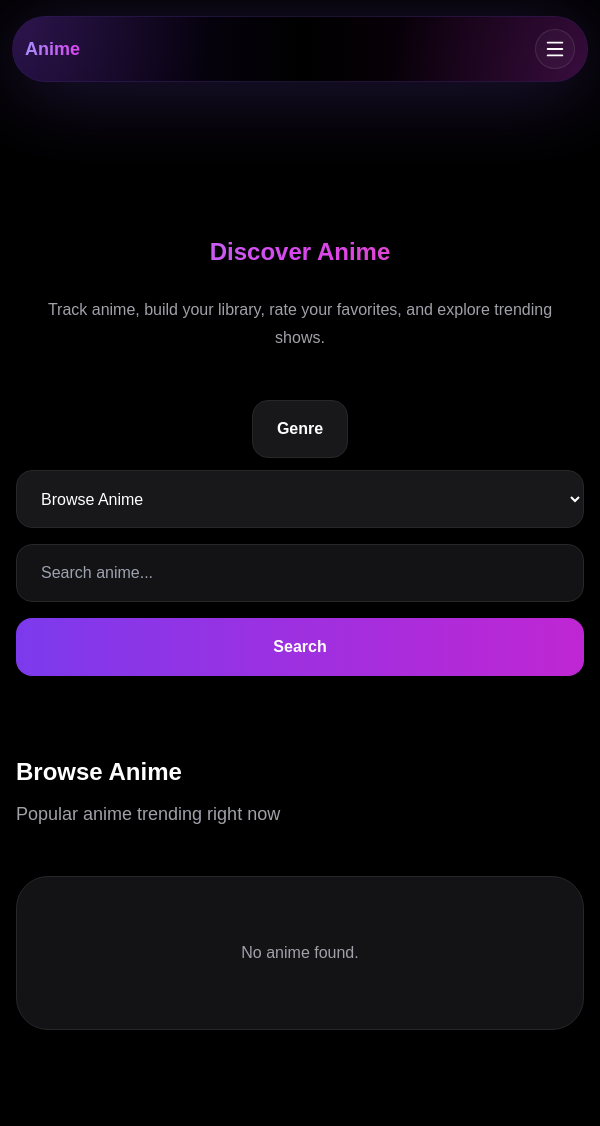
Repository: Maykal-Projects/Otakuflow
Page: /
These files come from the project's save history. The page is drawn as it stood at one moment and after the next save; the edit follows.
The browser window is 600 px wide. The pictures show the whole page.
The page's requests for data from a server got no answer. The project was rebuilt for these pictures with package versions that can differ from the ones it lists, and the page was loaded fresh each time. The framework's server and built-in components were replaced by stand-ins that run in the browser. No one was signed in, and anything a server would have sent is missing. Also part of the build but not shown: next.config.ts, components/AnimeCard.tsx.

Above is the page before, as saved 2026-05-30 21:10:36.

### app/layout.tsx
import "./globals.css";

import type { Metadata } from "next";

import { Toaster } from "react-hot-toast";

export const metadata = {

  title: "Otakuflorist",

  applicationName:
    "Otakuflorist",

  description:
    "Track anime, build your library and discover trending shows.",

};

export const viewport = {
  themeColor: "#07010f",
  colorScheme: "dark",
  viewportFit: "cover",
};

export default function RootLayout({
  children,
}: Readonly<{
  children: React.ReactNode;
}>) {
  return (
    <html
  lang="en"
  suppressHydrationWarning
>
      <body className="bg-[#07010f]">
        {children}

        <Toaster
  position="top-center"
  toastOptions={{
    duration: 2500,

    style: {
      background:
        "rgba(15,15,20,0.95)",

      color: "#fff",

      border:
        "1px solid rgba(255,255,255,0.08)",

      borderRadius:
        "22px",

      padding:
        "18px 22px",

      backdropFilter:
        "blur(18px)",

      fontWeight:
        "800",

      boxShadow:
        "0 10px 60px rgba(0,0,0,0.5)",
    },

    success: {
      iconTheme: {
        primary:
          "#a855f7",
        secondary:
          "#fff",
      },
    },
  }}
/>
      </body>
    </html>
  );
}

### app/globals.css
@tailwind base;
@tailwind components;
@tailwind utilities;

html,
body {
  background: #07010f !important;
  color: white;
  font-family: Arial, Helvetica, sans-serif;
  min-height: 100%;
  width: 100%;
  overflow-x: hidden;
  overflow-y: auto;
}

body {
  position: relative;
}

@keyframes spinSlow {
  from {
    transform: rotate(0deg);
  }

  to {
    transform: rotate(360deg);
  }
}

.animate-spin-slow {
  animation: spinSlow 8s linear infinite;
}

### components/Navbar.tsx
"use client";

import Link from "next/link";

import {
  Menu,
  X,
} from "lucide-react";

import {
  usePathname,
} from "next/navigation";

import {
  useEffect,
  useState,
} from "react";

import { supabase }
from "@/lib/supabase";

export default function Navbar() {

  const pathname =
    usePathname();

  const [user, setUser] =
    useState<any>(null);

  const [
    mobileMenu,
    setMobileMenu,
  ] = useState(false);

  useEffect(() => {

    async function getUser() {

      const {
        data: { user },
      } =
        await supabase.auth.getUser();

      setUser(user);
    }

    getUser();

  }, []);

  async function logout() {

    await supabase.auth.signOut();

    window.location.href =
      "/login";
  }

  function navClass(
    path: string
  ) {

    const active =
      pathname === path;

    return `px-4 py-3 rounded-2xl transition font-semibold text-sm ${
      active
        ? "bg-violet-500/10 border border-violet-500 text-white shadow-[0_0_25px_rgba(139,92,246,0.35)]"
        : "bg-white/[0.03] border border-white/10 backdrop-blur-2xl hover:bg-white/[0.06]"
    }`;
  }

  return (

    <div className="absolute top-4 left-1/2 -translate-x-1/2 z-50 w-[96%] max-w-[1500 px]">

      <nav className="w-full overflow-visible rounded-[999px] border border-violet-500/20 bg-gradient-to-r from-violet-950/40 via-black/30 to-fuchsia-950/30 backdrop-blur-3xl shadow-[0_10px_80px_rgba(139,92,246,0.25)] relative">

        {/* GLOW */}
        <div className="absolute inset-0 rounded-full overflow-hidden pointer-events-none bg-[radial-gradient(circle_at_top_left,rgba(168,85,247,0.18),transparent_35%),radial-gradient(circle_at_bottom_right,rgba(217,70,239,0.18),transparent_35%)]" />

        <div className="relative z-50 px-3 sm:px-6 py-3 sm:py-4 overflow-visible">

          {/* DESKTOP */}
          <div className="hidden sm:flex items-center justify-between pointer-events-auto">

            {/* LEFT */}
            <div className="flex items-center gap-3">

              <Link
                href="/"
                className={navClass("/")}
              >
                Home
              </Link>

              <Link
                href="/library"
                className={navClass("/library")}
              >
                Library
              </Link>

              <Link
                href="/favorites"
                className={navClass("/favorites")}
              >
                Favorites
              </Link>

            </div>

            {/* RIGHT */}
            <div className="flex items-center gap-3">

              {user && (

                <Link
                  href="/profile"
                  className={`${navClass(
                    "/profile"
                  )} flex items-center gap-2`}
                >

                  <img
                    src={
                      user.user_metadata
                        ?.avatar_url ||
                      "/default-avatar.png"
                    }
                    alt=""
                    className="w-10 h-10  object-cover border border-violet-500/20"
                  />

                  <span>
                    Profile
                  </span>

                </Link>

              )}

              {user ? (

                <button
                  onClick={logout}
                  className="bg-red-500/10 hover:bg-red-500/20 border border-red-500/20 px-6 py-3 rounded-2xl font-semibold transition"
                >
                  Logout
                </button>

              ) : (

                <Link
                  href="/login"
                  className="bg-violet-500/10 hover:bg-violet-500/20 border border-violet-500/20 px-6 py-3 rounded-2xl font-semibold transition"
                >
                  Login
                </Link>

              )}

            </div>

          </div>

          {/* MOBILE */}
          <div className="sm:hidden relative z-[999999] pointer-events-auto">

            {/* TOP BAR */}
            <div className="flex items-center justify-between">

              <h1 className="text-lg font-black bg-gradient-to-r from-violet-400 to-fuchsia-500 bg-clip-text text-transparent">
                Anime
              </h1>


     <button
  type="button"
  onClick={() => {

    console.log("CLICK");

    setMobileMenu(
      !mobileMenu
    );
  }}
  className="p-2 rounded-full border border-white/10 bg-white/[0.03] active:scale-95 transition"
>

                {mobileMenu ? (
                  <X size={22} />
                ) : (
                  <Menu size={22} />
                )}

              </button>

            </div>

            {/* DROPDOWN */}
            {mobileMenu && (

              <div className="absolute top-[115%] left-0 right-0 flex flex-col gap-2 rounded-2xl border border-white/10 bg-black/95 backdrop-blur-3xl p-3 shadow-[0_20px_80px_rgba(0,0,0,0.55)]">

                <Link
                  href="/"
                  className={navClass("/")}
                >
                  Home
                </Link>

                <Link
                  href="/library"
                  className={navClass("/library")}
                >
                  Library
                </Link>

                <Link
                  href="/favorites"
                  className={navClass("/favorites")}
                >
                  Favorites
                </Link>

                {user && (

                  <Link
                    href="/profile"
                    className={`${navClass(
                      "/profile"
                    )} flex items-center gap-2`}
                  >

                    <img
                      src={
                        user.user_metadata
                          ?.avatar_url ||
                        "/default-avatar.png"
                      }
                      alt=""
                      className="w-10 h-10 rounded-full object-cover border border-violet-500/20"
                    />

                    <span>
                      Profile
                    </span>

                  </Link>

                )}

                {user ? (

                  <button
                    onClick={logout}
                    className="bg-red-500/10 hover:bg-red-500/20 border border-red-500/20 px-4 py-3 rounded-xl font-semibold transition text-left"
                  >
                    Logout
                  </button>

                ) : (

                  <Link
                    href="/login"
                    className="bg-violet-500/10 hover:bg-violet-500/20 border border-violet-500/20 px-4 py-3 rounded-xl font-semibold transition"
                  >
                    Login
                  </Link>

                )}

              </div>

            )}

          </div>

        </div>

      </nav>

    </div>
  );
}

### lib/anilist.ts
export async function searchAnime(
  search: string,
  genre?: string
) {
  try {
    const response = await fetch(
      `https://api.jikan.moe/v4/anime?q=${search}`
    );

    const json =
      await response.json();

    let anime =
      json.data || [];

    if (genre) {
      anime = anime.filter(
        (item: any) =>
          item.genres?.some(
            (g: any) =>
              g.name === genre
          )
      );
    }

    return anime;
  } catch (error) {
    console.error(error);

    return [];
  }
}

export async function getAnimeFeed(
  sortType: string,
  genre?: string
) {
  try {
    let endpoint =
      "https://api.jikan.moe/v4/seasons/now";

    // TOP RATED
    if (
      sortType ===
      "SCORE_DESC"
    ) {
      endpoint =
        "https://api.jikan.moe/v4/top/anime";
    }

    const response = await fetch(
      endpoint
    );

    const json =
      await response.json();

    let anime =
      json.data || [];

    if (genre) {
      anime = anime.filter(
        (item: any) =>
          item.genres?.some(
            (g: any) =>
              g.name === genre
          )
      );
    }

    return anime;
  } catch (error) {
    console.error(error);

    return [];
  }
}

### lib/supabase.ts
import { createClient } from "@supabase/supabase-js";

const supabaseUrl =
  process.env.NEXT_PUBLIC_SUPABASE_URL || "";

const supabaseAnonKey =
  process.env.NEXT_PUBLIC_SUPABASE_ANON_KEY || "";

export const supabase = createClient(
  supabaseUrl,
  supabaseAnonKey
);

Loaded but not shown: tailwind.config.js (11 lines, source omitted); app/page.tsx (1062 lines, source omitted)

After the next save:
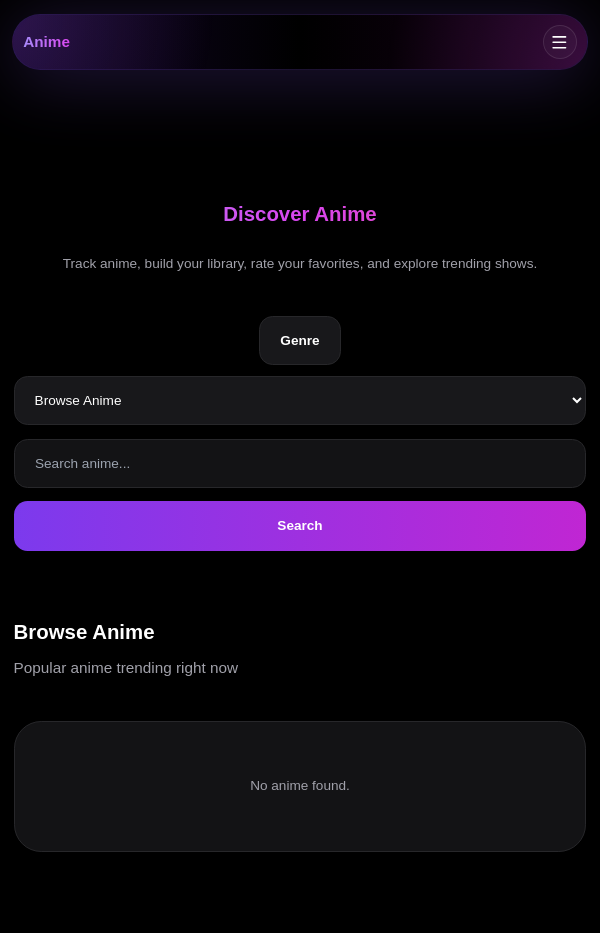
Saved 5 min 43 s later.
--- a/app/globals.css
+++ b/app/globals.css
@@ -30,3 +30,11 @@ body {
 .animate-spin-slow {
   animation: spinSlow 8s linear infinite;
 }
+
+@media (max-width: 640px) {
+
+  html {
+    zoom: 0.85;
+  }
+
+}
